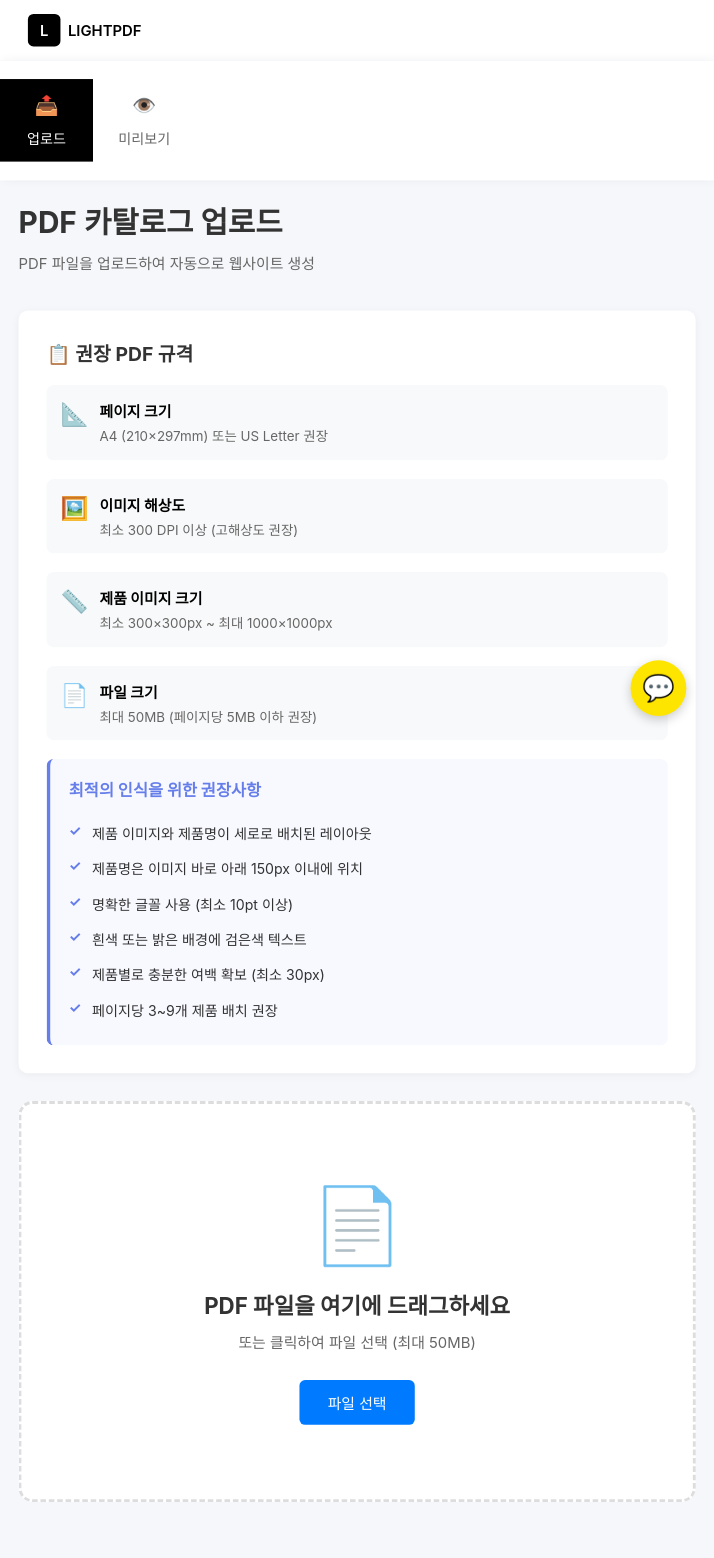
Repository: ororso11/catamaster
Page: frontend/public/dashboard.html
These files come from the project's save history. The page is drawn as it stood at one moment and after the next save; the edit follows.
The browser window is 768 px wide. The pictures show the whole page, at 93% of full size.

Above is the page before, as saved 2025-10-05 20:02:19.
Console error: TypeError: Cannot read properties of null (reading 'addEventListener')

After the next save:
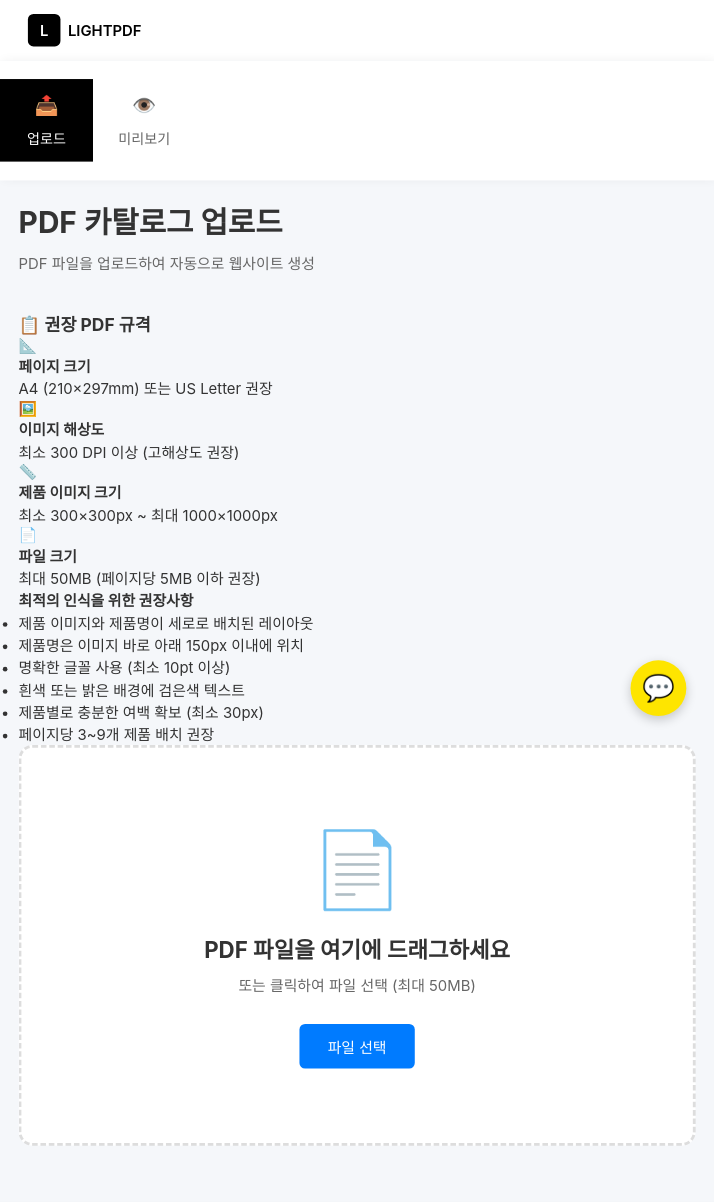
Saved 59 s later.
--- a/frontend/public/dashboard.html
+++ b/frontend/public/dashboard.html
@@ -6,80 +6,7 @@
     <title>LIGHTPDF 카탈로그 자동화 대시보드</title>
     <link rel="stylesheet" href="dashboard.css">
     <style>
-        .pdf-specs {
-            background: white;
-            border-radius: 10px;
-            padding: 30px;
-            margin-bottom: 30px;
-            box-shadow: 0 2px 10px rgba(0,0,0,0.05);
-        }
-        .pdf-specs h3 {
-            font-size: 1.3rem;
-            margin-bottom: 20px;
-            color: #333;
-        }
-        .specs-grid {
-            display: grid;
-            grid-template-columns: repeat(2, 1fr);
-            gap: 20px;
-            margin-bottom: 20px;
-        }
-        .spec-item {
-            display: flex;
-            align-items: flex-start;
-            gap: 12px;
-            padding: 15px;
-            background: #f8f9fa;
-            border-radius: 8px;
-        }
-        .spec-icon {
-            font-size: 1.5rem;
-            margin-top: 2px;
-        }
-        .spec-content h4 {
-            font-size: 1rem;
-            margin-bottom: 5px;
-            color: #000;
-        }
-        .spec-content p {
-            font-size: 0.9rem;
-            color: #666;
-            line-height: 1.5;
-        }
-        .requirements-box {
-            background: #f8f9ff;
-            border-left: 4px solid #667eea;
-            padding: 20px;
-            border-radius: 8px;
-        }
-        .requirements-box h4 {
-            font-size: 1.1rem;
-            margin-bottom: 15px;
-            color: #667eea;
-        }
-        .requirements-box ul {
-            list-style: none;
-            padding: 0;
-        }
-        .requirements-box li {
-            padding: 8px 0;
-            padding-left: 25px;
-            position: relative;
-            color: #333;
-            font-size: 0.95rem;
-        }
-        .requirements-box li:before {
-            content: "✓";
-            position: absolute;
-            left: 0;
-            color: #667eea;
-            font-weight: bold;
-        }
-        @media (max-width: 768px) {
-            .specs-grid {
-                grid-template-columns: 1fr;
-            }
-        }
+
     </style>
 </head>
 <body>

After the save that followed:
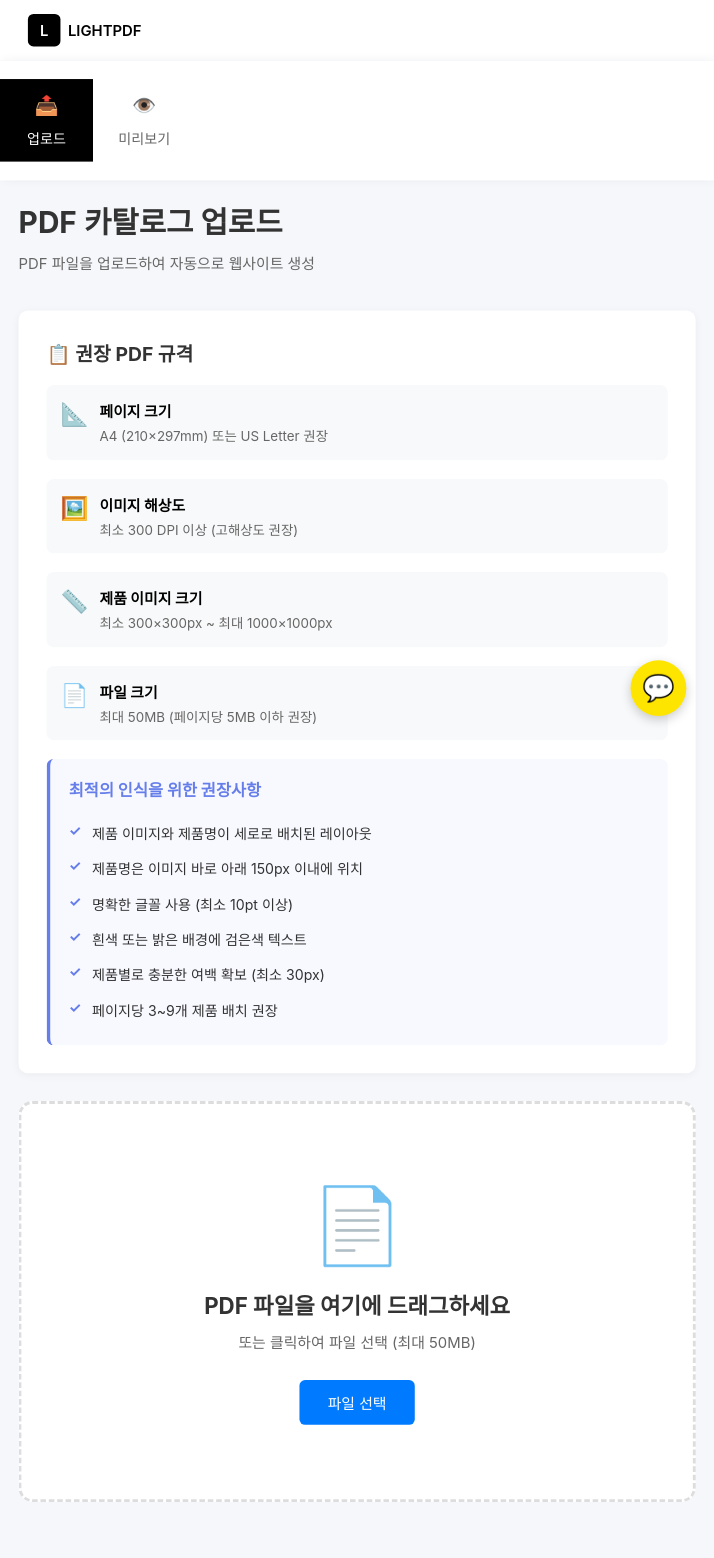
Saved 5 s later.
--- a/frontend/public/dashboard.css
+++ b/frontend/public/dashboard.css
@@ -333,3 +333,78 @@ header {
         flex-direction: column;
     }
 }
+
+  .pdf-specs {
+            background: white;
+            border-radius: 10px;
+            padding: 30px;
+            margin-bottom: 30px;
+            box-shadow: 0 2px 10px rgba(0,0,0,0.05);
+        }
+        .pdf-specs h3 {
+            font-size: 1.3rem;
+            margin-bottom: 20px;
+            color: #333;
+        }
+        .specs-grid {
+            display: grid;
+            grid-template-columns: repeat(2, 1fr);
+            gap: 20px;
+            margin-bottom: 20px;
+        }
+        .spec-item {
+            display: flex;
+            align-items: flex-start;
+            gap: 12px;
+            padding: 15px;
+            background: #f8f9fa;
+            border-radius: 8px;
+        }
+        .spec-icon {
+            font-size: 1.5rem;
+            margin-top: 2px;
+        }
+        .spec-content h4 {
+            font-size: 1rem;
+            margin-bottom: 5px;
+            color: #000;
+        }
+        .spec-content p {
+            font-size: 0.9rem;
+            color: #666;
+            line-height: 1.5;
+        }
+        .requirements-box {
+            background: #f8f9ff;
+            border-left: 4px solid #667eea;
+            padding: 20px;
+            border-radius: 8px;
+        }
+        .requirements-box h4 {
+            font-size: 1.1rem;
+            margin-bottom: 15px;
+            color: #667eea;
+        }
+        .requirements-box ul {
+            list-style: none;
+            padding: 0;
+        }
+        .requirements-box li {
+            padding: 8px 0;
+            padding-left: 25px;
+            position: relative;
+            color: #333;
+            font-size: 0.95rem;
+        }
+        .requirements-box li:before {
+            content: "✓";
+            position: absolute;
+            left: 0;
+            color: #667eea;
+            font-weight: bold;
+        }
+        @media (max-width: 768px) {
+            .specs-grid {
+                grid-template-columns: 1fr;
+            }
+        }
